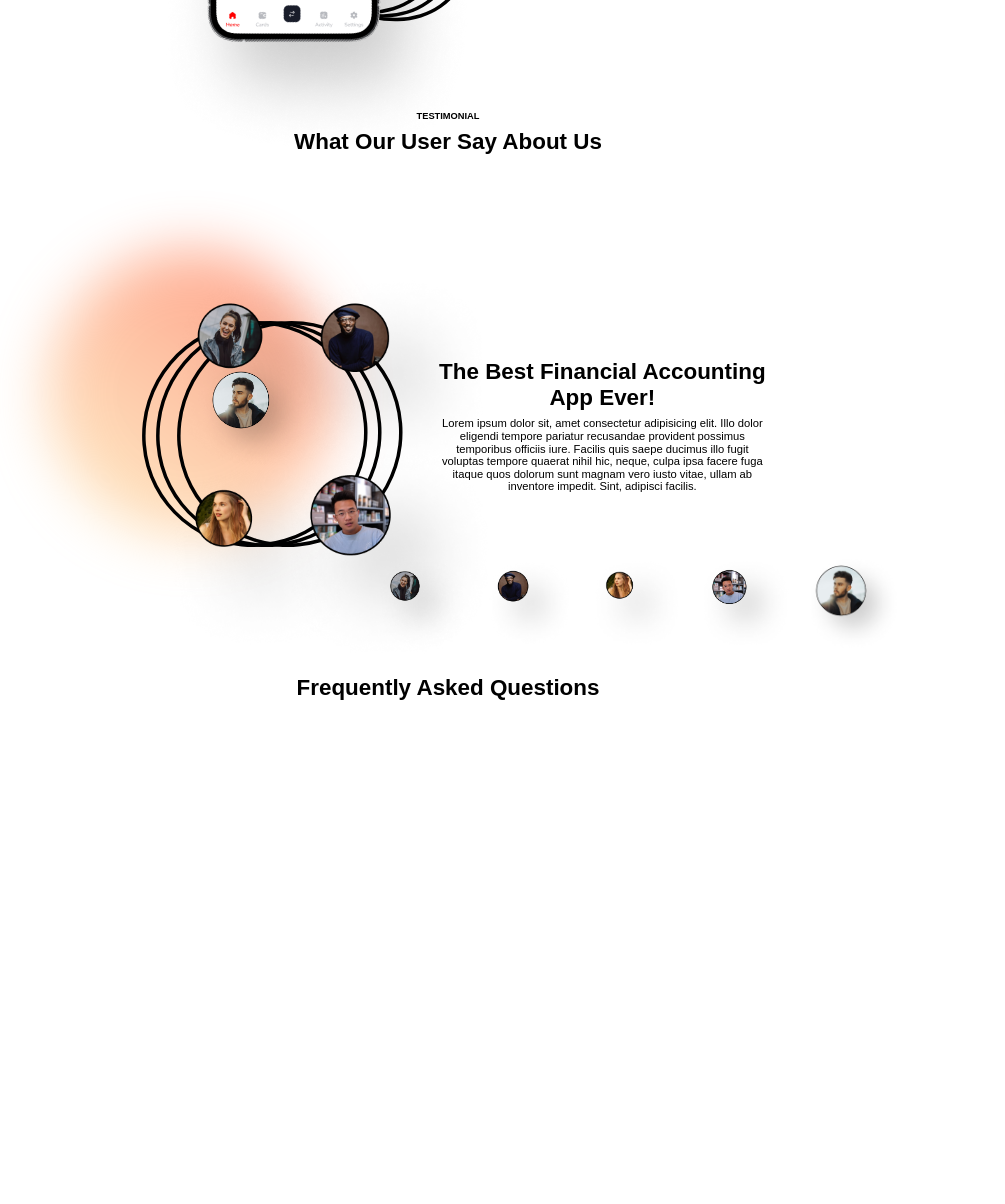
Repository: sakshambansal7/Uifry
Page: index.html
These files come from the project's save history. The page is drawn as it stood at one moment and after the next save; the edit follows.
The browser window is 1280 px wide. The page is 1435 px wide, so the pictures cover 1435 px, including what lies to the right of the window. The pictures show the part of the page from y = 2468 to 4188 px (the page is 4188 px tall), at 70% of full size.
Some web libraries are served in a nearby version.

Above is the page before, as saved 2024-06-12 22:52:05.

### index.html
<!DOCTYPE html>
<html lang="en">
  <head>
    <meta charset="UTF-8" />
    <meta name="viewport" content="width=device-width, initial-scale=1.0" />
    <title>uifry.com</title>
    <link rel="stylesheet" href="style.css" />
    <link rel="stylesheet" href="https://cdnjs.cloudflare.com/ajax/libs/font-awesome/6.1.1/css/all.min.css">

  </head>
  <body>
    <nav class="navbar">
      <div>
        <img class="logo" src="./images/logo.png" alt="img" />
      </div>
      <div class="nav">
        <div><a href="#" class="nav__link active">Home </a></div>
        <div><a href="#" class="nav__link">About Us</a></div>
        <div><a href="#" class="nav__link">Pricing</a></div>
        <div><a href="#" class="nav__link">features</a></div>
      </div>
      <div class="download">
        <button class="button">Download</button>
      </div>
    </nav>
    <div class="part1 ">
      <div class="left">
        <div class="bg-shape1"></div>
        <h1>Make The Best Financial Decisions</h1>
        <div class="bg-shape1 position-1"></div> <!-- Duplicate for top and bottom -->
        <p>Lorem ipsum dolor sit amet consectetur, adipisicing elit. Fuga dolorem esse natus repellat modi, mollitia voluptates est.</p>
        <div class="cta-buttons">
          <button class="get-started-btn">Get Started <i class="fa-solid fa-arrow-right"></i></button>
          <button class="watch-video-btn"> <i class="fa-solid fa-circle-play"></i>Watch Video</button>
        </div>
      </div>

      <div class="right">
        <div class="bg-shape2"></div>
        <div class="elipse-common elipse"></div>
        <div class="elipse-common elipse1"></div>
        <div class="elipse-common elipse2"></div>

        <img class="image1" src="./images/iphone.png" alt="Mobile App Mockup" />
        <img class="image2" src="./images/igraph.png" alt="Mobile App Mockup" />
        <img class="image3" src="./images/iphone.png" alt="Mobile App Mockup" />
      </div>

    </div>
    <div class="part2">
      <div class="left">
        <div class="bg-shape2"></div>
        <div class="elipse-common elipse3"></div>
        <div class="elipse-common elipse4"></div>
        <div class="elipse-common elipse5"></div>

        <img class="image1" src="./images/iphone.png" alt="Mobile App Mockup" />

      </div>
      <div class="right">
        <h4>FEATURES</h4>
        <H1>Uifry Premium</H1>
        <h3><i class="fa-regular fa-star custom-color"></i> Budgeting intervals</h3>
        <p>Lorem ipsum dolor sit amet consectetur, adipisicing elit. Fuga dolorem esse natus repellat modi, mollitia voluptates est.</p>
        <h3> <i class="fa-solid fa-gear custom-color"></i> Budgeting intervals</h3>
        <p>Lorem ipsum dolor sit amet consectetur, adipisicing elit. Fuga dolorem esse natus repellat modi, mollitia voluptates est.</p>
        <h3><i class="fa-solid fa-star-of-life custom-color"></i>Budgeting intervals</h3>
        <p>Lorem ipsum dolor sit amet consectetur, adipisicing elit. Fuga dolorem esse natus repellat modi, mollitia voluptates est.</p>

      </div>
    </div>
    <div class="part3">
      <div class="left">
        <h4>ADVANTAGES</h4>
        <H1> Why Choose Uifry ?</H1>
        <h3><i class="fa-solid fa-bell custom-color"></i>Clever notificAations</h3>
        <p>Lorem ipsum dolor sit amet consectetur, adipisicing elit. Fuga dolorem esse natus repellat modi, mollitia voluptates est. Lorem ipsum dolor sit amet consectetur adipisicing elit. Perspiciatis expedita accusantium obcaecati dicta debitis optio quibusdam animi assumenda sit commodi?</p>

      </div>
      <div class="right">
        <div class="bg-shape2"></div>
        <div class="elipse-common elipse3"></div>
        <div class="elipse-common elipse4"></div>
        <div class="elipse-common elipse5"></div>
        <img src="./images/igraph.png" alt="img">
      </div>
    </div>
    <div class="part4">
      <div class="left">
        <div class="bg-shape2"></div>
        <div class="elipse-common elipse3"></div>
        <div class="elipse-common elipse4"></div>
        <div class="elipse-common elipse5"></div>
        <img src="./images/iphone.png" alt="img">
      </div>
      <div class="right">
        <h1><i class="fa-solid fa-star-of-life custom-color "></i>Fully Costomizable</h1>
        <p>Lorem ipsum dolor sit amet consectetur adipisicing elit. Quia magni, maxime ipsa perferendis eveniet amet ea. Dolorum, dolorem dignissimos architecto, voluptatibus iure aperiam excepturi atque deleniti blanditiis, debitis sed quia. Lorem ipsum, dolor sit amet consectetur adipisicing elit. A molestias esse, vero neque blanditiis veritatis ratione nesciunt dolore ullam aut!</p>
      </div>
    </div>
    <div class="parent-container">
      <h5>TESTIMONIAL</h5>
      <h1>What Our User Say About Us</h1>
  </div>

    <div class="part5">
      <div class="left">
        <div class="bg-shape2"></div>
        <div class="elipse-common elipse6"></div>
        <div class="elipse-common elipse7"></div>
        <div class="elipse-common elipse8"></div>

        <div class="img1 "><img src="./images/1.png" alt="img"></div>
        <div class="img2 "><img src="./images/2.png" alt="img"></div>
        <div class="img3 "><img src="./images/3.png" alt="img"></div>
        <div class="img4 "><img src="./images/4.png" alt="img"></div>
        <div class="main "><img src="./images/main.png" alt="img"></div>

      </div>
      <div class="right">
        <h1>The Best Financial Accounting App Ever!</h1>
        <p>Lorem ipsum dolor sit, amet consectetur adipisicing elit. Illo dolor eligendi tempore pariatur recusandae provident possimus temporibus officiis iure. Facilis quis saepe ducimus illo fugit voluptas tempore quaerat nihil hic, neque, culpa ipsa facere fuga itaque quos dolorum sunt magnam vero iusto vitae, ullam ab inventore impedit. Sint, adipisci facilis.</p>

        <div class="images">
          <img src="./images/1.png" alt="img">
          <img src="./images/2.png" alt="img">
          <img src="./images/3.png" alt="img">
          <img src="./images/4.png" alt="img">
          <img src="./images/main.png" alt="img">
        </div>
      </div>




    </div>
    <div class="part6">
      <h1>Frequently Asked Questions</h1>

      <div class="faq-grid">
        <div class="faq-item">
          <h2>The Best Financial Accounting App Ever!</h2>
          <p>"Arcu At Dictum Sapien, Mollis. Vulputate Sit Id Accumsan, Ultricies. In Ultricies Malesuada Elit Mauris.</p>
        </div>
        <div class="faq-item">
          <h2>The Best Financial Accounting App Ever!</h2>
          <p>"Arcu At Dictum Sapien, Mollis. Vulputate Sit Id Accumsan, Ultricies. In Ultricies Malesuada Elit Mauris.</p>
        </div>
        <div class="faq-item">
          <h2>The Best Financial Accounting App Ever!</h2>
          <p>"Arcu At Dictum Sapien, Mollis. Vulputate Sit Id Accumsan, Ultricies. In Ultricies Malesuada Elit Mauris.</p>
        </div>
        <div class="faq-item">
          <h2>The Best Financial Accounting App Ever!</h2>
          <p>"Arcu At Dictum Sapien, Mollis. Vulputate Sit Id Accumsan, Ultricies. In Ultricies Malesuada Elit Mauris.</p>
        </div>
        <div class="faq-item">
          <h2>The Best Financial Accounting App Ever!</h2>
          <p>"Arcu At Dictum Sapien, Mollis. Vulputate Sit Id Accumsan, Ultricies. In Ultricies Malesuada Elit Mauris.</p>
        </div>
        <div class="faq-item">
          <h2>The Best Financial Accounting App Ever!</h2>
          <p>"Arcu At Dictum Sapien, Mollis. Vulputate Sit Id Accumsan, Ultricies. In Ultricies Malesuada Elit Mauris.</p>
        </div>
      </div>
    </div>

  </body>
  <script src="script.js"></script>
</html>

### style.css

*{
    margin: 0px;
    padding: 5px;

}
body {
  margin-left: 20vh;
  margin-right: 20vh;
  font-family: Arial, sans-serif;
  background: #fff;
  color: #000000;
  justify-content: center;
  box-sizing: border-box;
}

  /* navbar */
.logo {
  width: 120px;
}


.navbar{
  display: flex;
  justify-content: flex-start;

}
.nav{
  padding-top: 10px;
  display: flex;
  justify-content: center;

}
nav  {
  display: inline;
}

nav a {
  text-decoration: none;
  color: #333;
  font-weight: bold;
}


.button {
  width: 160px;
  height: 40px;
  border-radius: 3px;
  background-color: #000000;
  color: #fff;
  padding: 10px 20px;
  cursor: pointer;
  border: none;
  font-weight: bold;
  margin-left: 40vh;
}
.download{

  padding-top: 10px;
}


.nav__link {
    display: block;
    padding: .3125rem 1.5rem;
    text-transform: uppercase;
  }

  .nav__link.active  {

    color: #FF5E08;
  }

  /* part-1 */

  .part1 {
    height: 85vh;
    display: inline-flex;
        justify-content: space-between;
        top: 50px !important;
        inset: 0;


    padding: 60px 40px;
}

/* .absolute{
  position: absolute;
  inset: 0;
  justify-content: center;
  display: inline-flex;
  flex-direction: row;
} */
.left {
  max-width: 50%;
}

.part1 h1 {
  font-size: 3em;
  margin: 0 0 20px;
}

.part1 p {
  font-size: 1.2em;
  margin: 0 0 40px;
}

.cta-buttons {
  display: flex;
  gap: 20px;
}

.get-started-btn,
.watch-video-btn {
  background: #000;
  color: #fff;
  padding: 15px 30px;
  border: none;
  cursor: pointer;
  font-size: 1em;
  font-weight: bold;
}

.watch-video-btn {
  color: #000000;

  background: transparent;
}

.right {
  max-width: 50%;
  position: relative; /* Add position relative to use as a reference for absolute positioning */
}

.right .image1{

  position: absolute;
  z-index: 3;
  width: 100%;
  padding-left: 0px;



}
.right .image2 {
  position: absolute;
  padding-top: 50px;
  padding-left: 100px;


  z-index: 2;
  max-width: 100%;
}
.right .image3 {


  padding-top: 100px;
  padding-left: 200px;
  z-index: 1;
  max-width: 100%;
}
/* background-effect */


.justify-center{
  justify-content: center;
}

/* background-effect */
.left {
  max-width: 50%;
  position: relative; /* Add this line */
}

.bg-shape1 {
  width: 400px;
  height: 400px;
  border-radius: 9999px;
  position: absolute; /* Change to absolute for proper positioning */
  top: 0px; /* Positioning adjustments */
  left: 50%; /* Positioning adjustments */
  transform: translateX(-50%); /* Center the shape horizontally */
  z-index: -1; /* Ensure it's behind the text */
  background: linear-gradient(35deg,  #FDE598,#ff3508); /* Dual color gradient */
  opacity: 0.5; /* Adjust as necessary */
  filter: blur(40px);

}

.bg-shape2 {
  width: 400px;
  height: 400px;
  border-radius: 9999px;
  position: absolute; /* Change to absolute for proper positioning */
  top: 50px; /* Positioning adjustments */
  left: 50%; /* Positioning adjustments */
  transform: translateX(-50%); /* Center the shape horizontally */
  z-index: -1; /* Ensure it's behind the text */
  background: linear-gradient(35deg,  #FDE598,#ff3508); /* Dual color gradient */
  opacity: 0.5; /* Adjust as necessary */
  filter: blur(40px);

}

  /* circular shape */

  .elipse-common {

    background: none;
    border-radius: 50%;
    -ms-transform: rotate(40deg);  /* IE 9 */
    -webkit-transform: rotate(40deg);  /* Safari */
    transform: rotate(40deg);
    position: absolute;
    top: 150px;
    border: 5px solid black;
    z-index: -1; /* Ensure it's behind the text */
}

.elipse {
  width: 700px;
  height: 305px;
    left: 45px;

}

.elipse1 {
  width: 700px;
  height: 305px;
    left: 25px;
}

.elipse2 {
  width: 700px;
  height: 305px;
    left: 5px;
}
.elipse3 {
  width: 500px;
  height: 305px;
    left: 45px;

}

.elipse4 {
  width: 500px;
  height: 305px;
    left: 25px;
}

.elipse5 {
  width: 500px;
  height: 305px;
    left: 5px;
}


.part2{
  display: flex;
  height: 85vh;
}

  .part2 .left .image1{
    transform: rotate(15deg);
  }

  .part2 .right{
    margin-top: 20vh;

  }
  .part2 .right h3 h1{
    font-weight: 900; /* 400 is normal, 700 is bold */
  }
  .part2 .right h4{
    color: #FF5E08;
  }
  .custom-color {
    color: #FF5E08;
}

.part3{
  display: flex;
  align-items: center;
  justify-content: center;
  height: 80vh;



}
.part3 .left h4{
  color: #FF5E08;

}
.part3 .left p{
 font-weight: 100;

}
.part3 .right img{
  transform: rotate(15deg);

}


.part4{
  gap: 5vh;
  display: flex;
  align-items: center;
  justify-content: center;
  height: 80vh;

}


.part4  .left{
  transform: rotate(15deg);


}
.part4 .right{
  padding-bottom: 30vh;
}



.elipse6 {
  width: 300px;
  height: 305px;
    left: 65px;



}

.elipse7 {
  width: 300px;
  height: 305px;
    left: 45px;
}

.elipse8 {
  width: 300px;
  height: 305px;
    left: 95px;
}

.parent-container {
  text-align: center;
}

.part5{
  margin-top: 10vh;
  display: flex;
  gap: 30vh;
  position: relative;


}


.part5  img {
  position: relative;
  top: 50px;
  left: 50px;
}
.part5  .img1{
  position: absolute;
  top: 1vh;
  left: .1h;
  z-index: 4;



}
.part5  .img2{
  position: absolute;
  top: 1vh;
  left: 25vh;
  z-index: 5;

}
.part5  .img3{
  position: absolute;
  top: 38vh;
  left: .1vh;
  z-index: 3;


}
.part5  .img4{
  position: absolute;
  top: 35vh;
  left: 23vh;
  z-index: 2;


}
.part5 .main {
  position: relative;
  top: 19vh;
  left: 8vh;
  z-index: 1;

}

/* Adjust the size of the image within the .main div */
.part5 .main img {
  width: 80%; /* Decrease the width to 50% of its original size */
  height: auto; /* Maintain aspect ratio */
}


.part5 .right{
  margin-top:25vh ;
}

.right {
  display: flex;
  flex-direction: column;
  align-items: center;
  text-align: center;
  padding: 20px; /* Optional padding for better spacing */
}

/* Center the .images container */
.images {
  display: flex;
  align-items: center;
  justify-content: center;

  margin-top: 20px; /* Add some margin to separate from the text above */
}

/* Style each img to be circular and centered */
.images img {

  width: 20vh;
  height: 20vh;
  border-radius: 50%;
  object-fit: cover; /* Ensures the image covers the entire area */
  display: block; /* Ensures the image is treated as a block element */
}

/* Part6 container styling */
.part6 {
  padding: 40px;
  background-color: #fff;
  text-align: center;
}

/* FAQ heading styling */
.part6 h1 {
  font-size: 2em;
  margin-bottom: 20px;
}

/* FAQ grid layout */
.faq-grid {
  display: grid;
  grid-template-columns: repeat(2, 1fr);
  gap: 20px;
}

/* FAQ item styling */
.color{

  background-color: #ff3508;
}
.faq-item {
  padding: 20px;
  border-radius: 10px;
  color: #fff;
}

/* FAQ item heading styling */
.faq-item h2 {
  font-size: 1.5em;
  margin-bottom: 10px;
}

/* FAQ item paragraph styling */
.faq-item p {
  font-size: 1em;
  line-height: 1.5;
}

### script.js
document.addEventListener('DOMContentLoaded', function() {
    const selector = '.nav__link';
    const elems = Array.from( document.querySelectorAll( selector ) );
    const navigation = document.querySelector( 'nav' );

    function makeActive( evt ) {
      const target = evt.target;

      if ( !target || !target.matches( selector ) ) {
        return;
      }

      elems.forEach( elem => elem.classList.remove( 'active' ) );

        evt.target.classList.add( 'active' );
    };

    navigation.addEventListener( 'mousedown', makeActive );

    } );

After the next save:
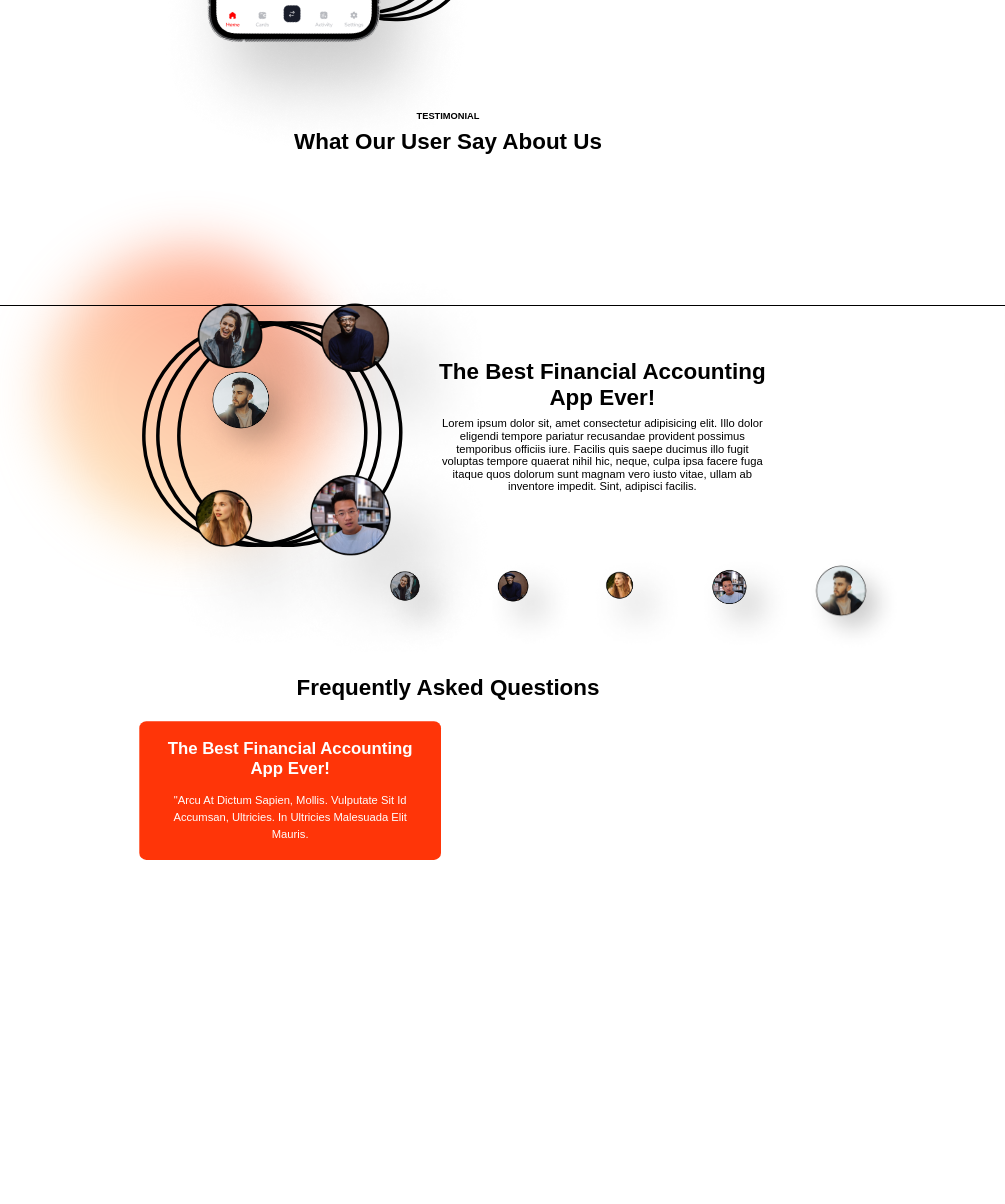
Saved 40 s later.
--- a/index.html
+++ b/index.html
@@ -138,7 +138,7 @@
       <h1>Frequently Asked Questions</h1>
 
       <div class="faq-grid">
-        <div class="faq-item">
+        <div class="faq-item color ">
           <h2>The Best Financial Accounting App Ever!</h2>
           <p>"Arcu At Dictum Sapien, Mollis. Vulputate Sit Id Accumsan, Ultricies. In Ultricies Malesuada Elit Mauris.</p>
         </div>
